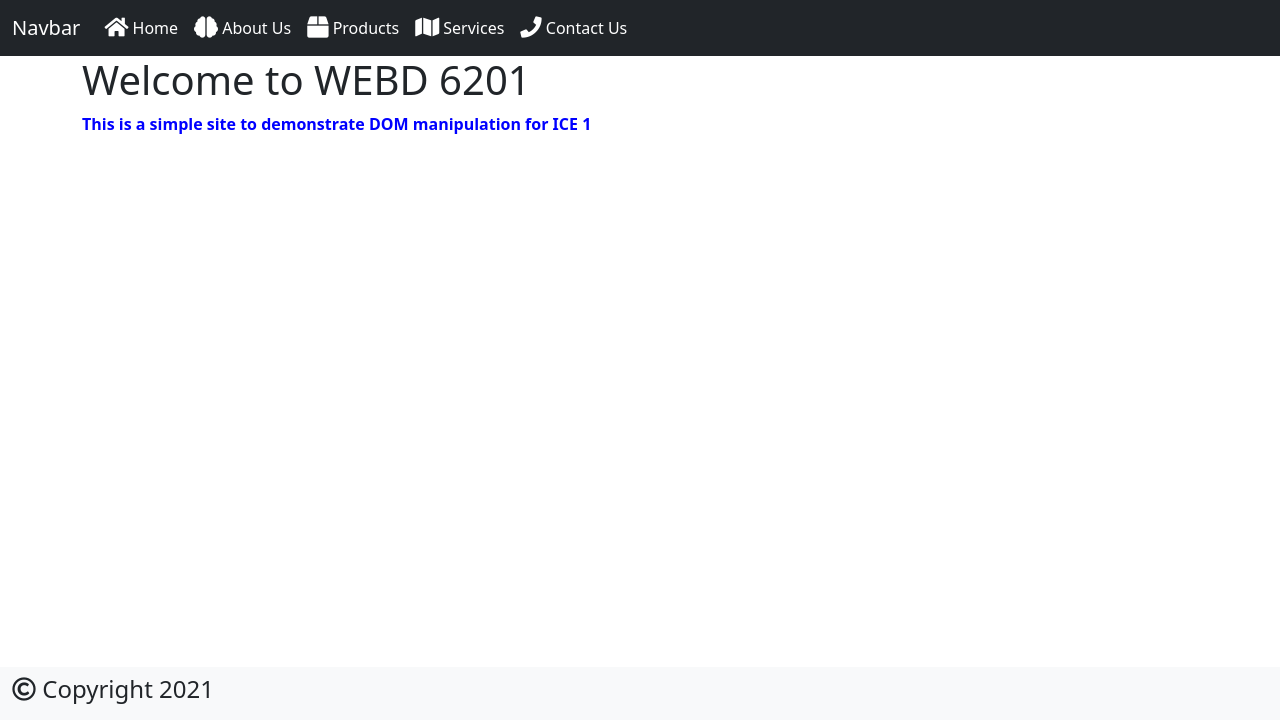
Repository: AshokSasi/WEBD6201-Week3
Page: index.html
These files come from the project's save history. The page is drawn as it stood at one moment and after the next save; the edit follows.
The browser window is 1280 px wide. The pictures show the whole page.

Above is the page before, as saved 2021-01-20 09:41:45.

After the next save:
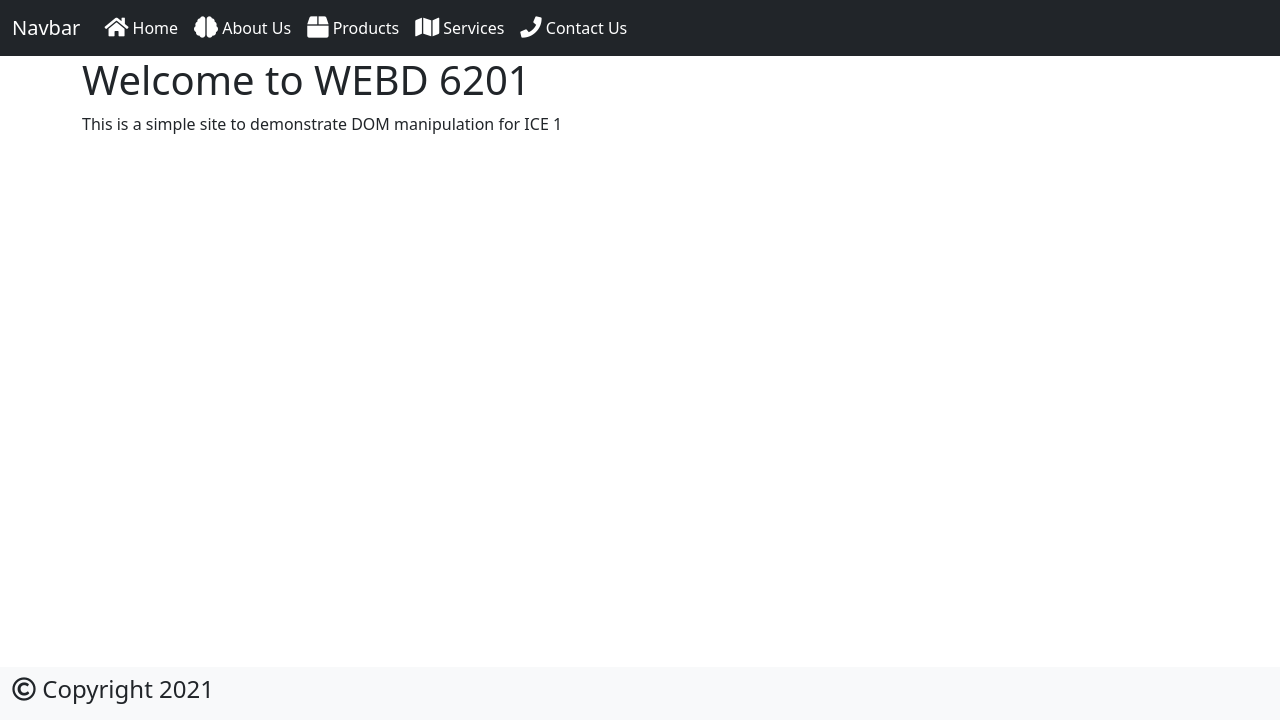
Saved 86 s later.
--- a/Scripts/app.js
+++ b/Scripts/app.js
@@ -15,7 +15,7 @@
         let paragraphOneElement = document.getElementById("paragraphOne");
 
         paragraphOneElement.textContent= paragraphOneText;
-        paragraphOneElement.style = "color:blue; font-weight: bold;";
+        paragraphOneElement.className=="fs-4";
     }
     window.addEventListener("load", Start);
 })();
